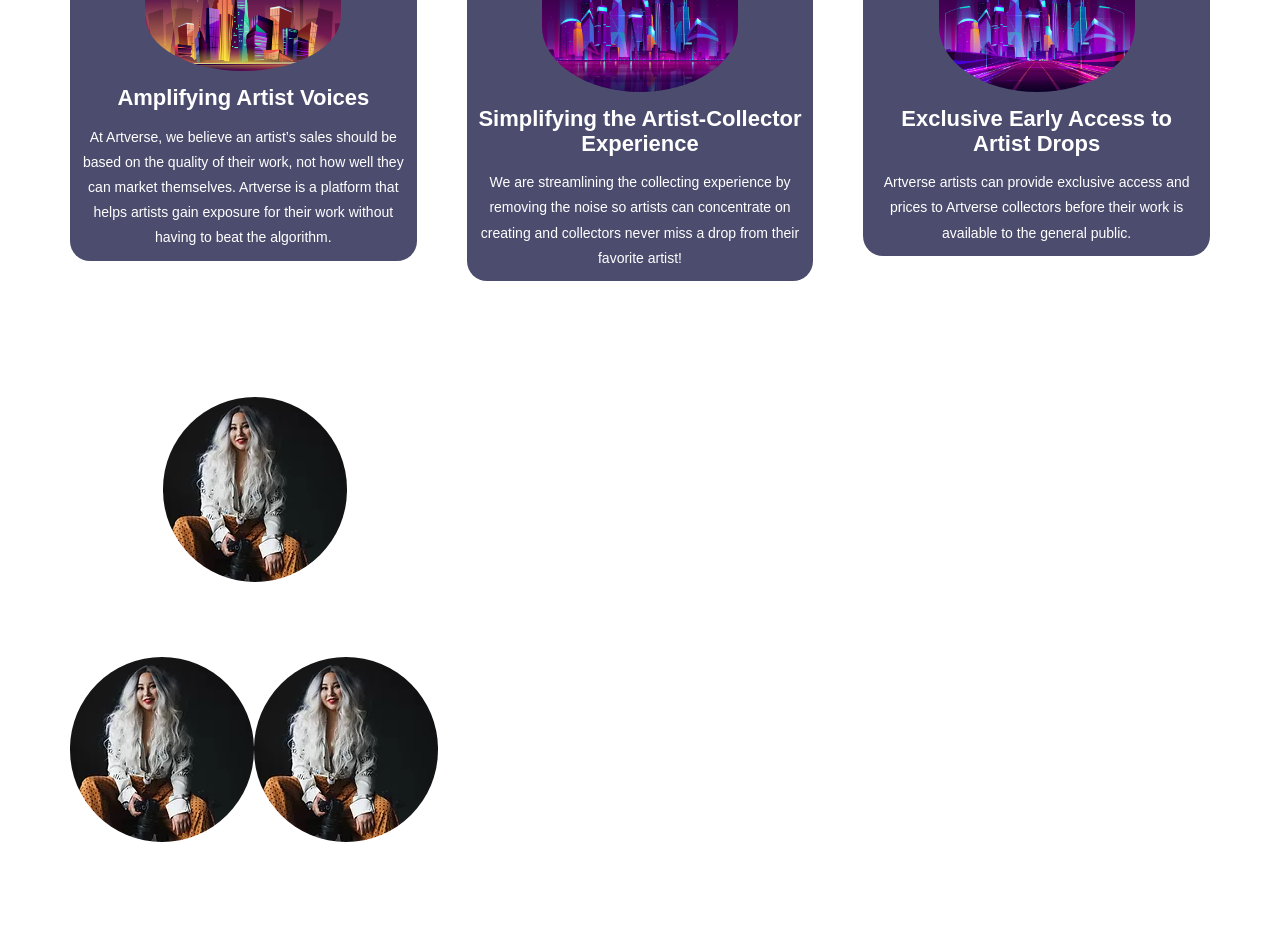
Repository: akinolapo/artverse
Page: /
An editor plug-in stored every save of this project. The page is shown before and after the next save, followed by the edit.
The browser window is 1280 px wide. The pictures show the part of the page from y = 1033 to 1985 px (the page is 1985 px tall).
The project was rebuilt for these pictures with package versions that can differ from the ones it lists, and the page was loaded fresh each time.

Above is the page before, as saved 2022-07-25 14:36:36.

### src/index.css
@tailwind base;
@tailwind components;
@tailwind utilities;

@import url('https://fonts.googleapis.com/css2?family=Poppins:wght@400;600&display=swap');


:root {
  --swiper-theme-color: #000;
}

html{
  scroll-behavior: smooth;
}

*{
  margin: 0;
  padding: 0;
  color: #fff;
  font-family: 'Poppins', sans-serif;
  line-height: 1.8rem;
  font-size: 14px;
  font-weight: 400;
}

#background-video{
  width: 100%;
  height: 100%;
  object-fit: cover;
  position: fixed;
  z-index: -1;
}

.btn{
  border: 1px solid #fff;
  border-radius: 10px;
  padding: 4px 15px;
}

.btn-search{
  border: 1px solid #fff;
  border-radius: 0 10px 10px 0px;
}

.search-box{
  border: 1px solid #fff;
  border-radius: 10px 0 0 10px;
}
.search-box:focus{
  border: 1px solid #fff;
}

.header-section{
  background: url(../public/assets/header.jpg);
  object-fit: cover;
  background-repeat: no-repeat;
  background-size: 100% 100%;
  height: 100vh;
  width: 100%;
}

h1,
h2,
h3,
h4{
  font-weight: 600;
  font-size: 22px;
}

.carouselImg{
  width: 60%;
  margin: auto;
  border-radius: 20% 20% 100% 100%;
}

.slide-bg{
  background: rgba(0, 0, 50, .7);
  padding: 10px;
  border-radius: 20px;
}

.slide-num{
  margin-left: -90%;
  font-size: 18px;
  color: #ddd;
}

@media (max-width: 375px) {
  .btn-search{
    border-radius: 10px;
  }

  .search-box{
    border-radius: 10px;
    margin-bottom: 10px;
  }

}

.social-icon{
  font-size: 25px;
}

### src/App.js
import About from './components/About/About';
import Header from './components/Header/Header';
import Team from './components/Team/Team';

function App() {
  return (
    <div className='w-full h-screen'>
      <video loop autoPlay muted id="background-video">
        <source src={process.env.PUBLIC_URL+`assets/artverse moving background.mp4`} type="video/mp4"/>
      </video>
      <Header />
      <About/>
      <Team/>
    </div>
  );
}

export default App;

### src/components/About/About.jsx
import React from 'react'
import Carousel from './Carousel/Carousel'

const About = () => {
    return (
        <div id='artverse' className='py-10 px-20'>
            <h2 className=' text-center text-3xl font-bold'>What is Artverse?</h2>
            <div className='pb-10'>
                <h3 className='text-2xl font-semibold py-5'>A Community of Art Lovers</h3>
                <p className='text-xl'>Art is incredibly powerful; it can make us dance, cry, and everything in between! We wish to cultivate a community of people who believe in the value of art, rather than continually ask ‘‘what is the utility? Instead of feeling like you are starting from ground zero on Twitter and NFTS, you are instantly connected to hundreds of like-minded people all around the world and get answers to your questions.
                </p>
            </div>
            <Carousel />
        </div>
    )
}

export default About

### src/components/Header/Header.jsx
import React from 'react'
import Logo from './Logo'
import SiteName from './SiteName'

const Header = () => {
  return (
    <div className='header-section px-8 pt-4'>
        <Logo/>
        <SiteName/>
    </div>
  )
}

export default Header

### src/components/Team/Team.jsx
import React from 'react'
import {AiOutlineTwitter, AiOutlineInstagram} from 'react-icons/ai'

const Team = () => {
    return (
        <div id='team' className='py-10 px-20'>
            <h2 className=' text-center text-3xl font-bold mb-4'>The Team</h2>
            <div className='grid grid-cols-1 gap-4 items-center md:grid-cols-3'>
                <div>
                    <div className='text-center'>
                        <img className='rounded-full m-auto' src={process.env.PUBLIC_URL+`assets/founder.webp`} alt='Founder'></img>
                        <h5>Rachel Wood</h5>
                        <h6>Founder</h6>
                        <div className='flex justify-center'>
                            <a href='https://twitter.com/0xWanderbitch' className='mr-2' target='_blank' rel="noreferrer"><AiOutlineTwitter className='social-icon'/></a>
                            <a href='https://www.instagram.com/thetravelingelf/' target='_blank' rel="noreferrer"><AiOutlineInstagram className='social-icon'/></a>
                        </div>
                    </div>
                </div>
                <div className='md:col-span-2'>
                    <h4 className='mb-4'>From the Founder</h4>
                    <p>
                        The past few months have been a whirlwind. After collecting many NFTs from 1/1 artists and releasing my own work, I noticed a glaring struggle for artists and collectors to connect amid the noise.
                        As a collector, I love finding artist to support, but I spend too much time trying to find artist's work rather than connecting with them. By the time I find art I like, it has usually already been sold.
                        On the other hand, as an artist, I feel drowned out by the noise and constant pressure to ‘shill’ myself. Burnout feels inevitable for artists after having to take on a second, full-time marketing job to beat the algorithms of social media.
                        Artverse connects artists and collectors in the metaverse. Artverse is my solution.
                    </p>
                </div>
            </div>
            <div className='flex ju'>
            <div className='text-center'>
                        <img className='rounded-full m-auto' src={process.env.PUBLIC_URL+`assets/founder.webp`} alt='Founder'></img>
                        <h5>Rachel Wood</h5>
                        <h6>Founder</h6>
                        <div className='flex justify-center'>
                            <a href='https://twitter.com/0xWanderbitch' className='mr-2' target='_blank' rel="noreferrer"><AiOutlineTwitter className='social-icon'/></a>
                            <a href='https://www.instagram.com/thetravelingelf/' target='_blank' rel="noreferrer"><AiOutlineInstagram className='social-icon'/></a>
                        </div>
                    </div>
                    <div className='text-center'>
                        <img className='rounded-full m-auto' src={process.env.PUBLIC_URL+`assets/founder.webp`} alt='Founder'></img>
                        <h5>Rachel Wood</h5>
                        <h6>Founder</h6>
                        <div className='flex justify-center'>
                            <a href='https://twitter.com/0xWanderbitch' className='mr-2' target='_blank' rel="noreferrer"><AiOutlineTwitter className='social-icon'/></a>
                            <a href='https://www.instagram.com/thetravelingelf/' target='_blank' rel="noreferrer"><AiOutlineInstagram className='social-icon'/></a>
                        </div>
                    </div>
            </div>
        </div>
    )
}

export default Team

### src/components/About/Carousel/Carousel.jsx
import React from "react";
// Import Swiper React components
import { Swiper, SwiperSlide } from "swiper/react";

// Import Swiper styles
import "swiper/css";
import "swiper/css/pagination";
// import 'swiper/css/navigation';

// import "./styles.css";

// import required modules
import { Pagination,} from "swiper";

const Carousel = () => {
  return (
    <div>
         <Swiper
        slidesPerView={1}
        spaceBetween={10}
        pagination={{
          clickable: true,
        }}
        breakpoints={{
          640: {
            slidesPerView: 2,
            spaceBetween: 20,
          },
          768: {
            slidesPerView: 3,
            spaceBetween: 40,
          },
          1024: {
            slidesPerView: 3,
            spaceBetween: 50,
          },
        }}
        modules={[Pagination]}
        className="mySwiper"
      >
        <SwiperSlide className="text-center slide-bg">
          <span className="slide-num">01</span>
          <img className="carouselImg" src={process.env.PUBLIC_URL+`assets/294.jpg`} alt=''></img>
          <h4 className="py-4">Amplifying Artist Voices</h4>
          <p>At Artverse, we believe an artist’s sales should be based on the quality of their work, not how well they can market themselves. Artverse is a platform that helps artists gain exposure for their work without having to beat the algorithm.</p>
        </SwiperSlide>
        <SwiperSlide className="text-center slide-bg">
        <span className="slide-num">02</span>
        <img className="carouselImg" src={process.env.PUBLIC_URL+`assets/1401.jpg`} alt=''></img>
        <h4 className="py-4">Simplifying the Artist-Collector Experience</h4>
          <p>​We are streamlining the collecting experience by removing the noise so artists can concentrate on creating and collectors never miss a drop from their favorite artist!</p>
        </SwiperSlide>
        <SwiperSlide className="text-center slide-bg">
        <span className="slide-num">03</span>
        <img className="carouselImg" src={process.env.PUBLIC_URL+`assets/1403.jpg`} alt=''></img>
        <h4 className="py-4">Exclusive Early Access to Artist Drops</h4>
          <p>Artverse artists can provide exclusive access and prices to Artverse collectors before their work is available to the general public.</p>
        </SwiperSlide>
      </Swiper>
    </div>
  )
}

export default Carousel

### src/components/Header/Logo.jsx
import React from 'react'
import './Logo.css'
import { useState } from 'react'

const Logo = () => {
    const [isNavExpanded, setIsNavExpanded] = useState(false)
    return (
        <nav className="navigation px-2 md:px-20 text-white font-semibold">
            <a href='/'>
                <div className=''>
                <img src={process.env.PUBLIC_URL+`assets/logo.png`} alt='logo' width='120px' height='auto'></img>
                </div>
            </a>
            <button className="hamburger" onClick={() => {
                setIsNavExpanded(!isNavExpanded);
            }}>
                {/* icon from heroicons.com */}
                <svg
                    xmlns="http://www.w3.org/2000/svg"
                    className="h-5 w-5"
                    viewBox="0 0 20 20"
                    fill="white"
                >
                    <path
                        fillRule="evenodd"
                        d="M3 5a1 1 0 011-1h12a1 1 0 110 2H4a1 1 0 01-1-1zM3 10a1 1 0 011-1h12a1 1 0 110 2H4a1 1 0 01-1-1zM9 15a1 1 0 011-1h6a1 1 0 110 2h-6a1 1 0 01-1-1z"
                        clipRule="evenodd"
                    />
                </svg>
            </button>
            <div
                className={
                    isNavExpanded ? "navigation-menu expanded" : "navigation-menu"
                }>
                <ul>
                    <li><a href='#artverse'>Artverse</a></li>
                    <li><a href='#team'>The Team</a></li>
                    <li><a href='#ladies'>Lens Lasies</a></li>
                    <li><a href='#artists'>Artists</a></li>
                    <li><a href='#faqs'>FAQs</a></li>
                    <li><a href="/">Login</a></li>
                    <li><a className='btn' href="/">Sign Up</a></li>
                </ul>
            </div>
        </nav>
    )
}

export default Logo

### src/components/Header/SiteName.jsx
import React from 'react'
import Searchbox from './Searchbox'

const SiteName = () => {
  return (
    <div className='text-center mt-16'>
        <div className='pb-8'>
        <img className='m-auto' src={process.env.PUBLIC_URL+`assets/artverse.webp`} alt='artverse'></img>
        <h3 className='text-2xl'>Connecting artists and collectors in the metaverse</h3>
        <img className='m-auto' src={process.env.PUBLIC_URL+`assets/artverse2.webp`} alt='artverse2'></img>
        </div>
        <Searchbox/>
    </div>
  )
}

export default SiteName

### src/components/Header/Logo.css
.navigation {
    height: 60px;
    width: 100%;
    display: flex;
    align-items: center;
    position: relative;
    padding: 0.5rem 0rem;
    /* background-color: #fff; */
    color: #fff;
    /* box-shadow: 0 2px 2px 2px rgba(9, 9, 9, 0.23); */
  }

  .brand-name {
    text-decoration: none;
    color: #fff;
    font-size: 1.3rem;
    margin-left: 1rem;
  }
  .navigation-menu {
    margin-left: auto;
  }

  .navigation-menu ul {
    display: flex;
    padding: 0;
  }

  .navigation-menu li {
    /* // removes default disc bullet for li tags and applies margin to left & right side */
    list-style-type: none;
    margin: 0 1rem;
  }

  .navigation-menu li a {
    /* // increases the surface area of the anchor tag to span more than just the anchor text */
    text-decoration: none;
    display: block;
    width: 100%;
  }

  .hamburger {
    /* // removes default border on button element */
    border: 0;
    height: 40px;
    width: 40px;
    padding: 0.5rem;
    border-radius: 50%;
    background-color: #31b496;
    cursor: pointer;
    transition: background-color 0.2s ease-in-out;
  /* // positions the icon to the right and center aligns it vertically */
    position: absolute;
    top: 50%;
    right: 25px;
    transform: translateY(-50%);
    display: none;
  }
  .hamburger:hover {
    background-color: #31b496;
  }

  @media screen and (max-width: 768px) {
    .hamburger {
      display: block;
    }
  }

  @media screen and (max-width: 768px) {
    .navigation-menu ul {
      display: none;
    }
    .navigation-menu.expanded {
      z-index: 99;
  }
  }

  @media screen and (max-width: 768px) {
    .navigation-menu ul {
      /* // navigation menu is positioned to start 60px from the top of the document (which is directly below the navbar) */
      position: absolute;
      top: 60px;
      right: 0;
      display: block;
      /* // stacks the li tags vertically  */
      flex-direction: column;
     /* // makes menu span full height and width */
      width: 50%;
      /* float: right; */
      height: 100vh;
      background-color: rgb(15, 54, 56);
      /* border-top: 1px solid #31b496; */
      ;
    }
    .navigation-menu li {
      /* // centers link text and strips off margin */
      text-align: center;
      margin: 0;
    }
    .navigation-menu li a {
      color: #fff;
      /* // increases the surface area of the anchor tag to span the full width of the menu */
      width: 100%;
      padding: 1.5rem 0;
    }
    .navigation-menu li:hover {
      background-color: #fff;
    }
  }

  @media screen and (max-width: 768px) {
    .navigation-menu ul {
      /* previous styles */
      display: none;
    }
  }

  @media screen and (max-width: 768px) {
    .navigation-menu.expanded ul {
      display: block;
    }
  }

### src/components/Header/Searchbox.jsx
import React from 'react'

const Searchbox = () => {
  return (
    <div className=''>
        <input className='py-2 px-4 search-box text-black text-lg' type='search'></input>
        <input className='py-2 px-4 btn-search text-lg cursor-pointer' type='submit' value='Find Art'></input>
    </div>
  )
}

export default Searchbox

Loaded but not shown: public/index.html (common file); src/index.js (common file); tailwind.config.js (common file)

After the next save:
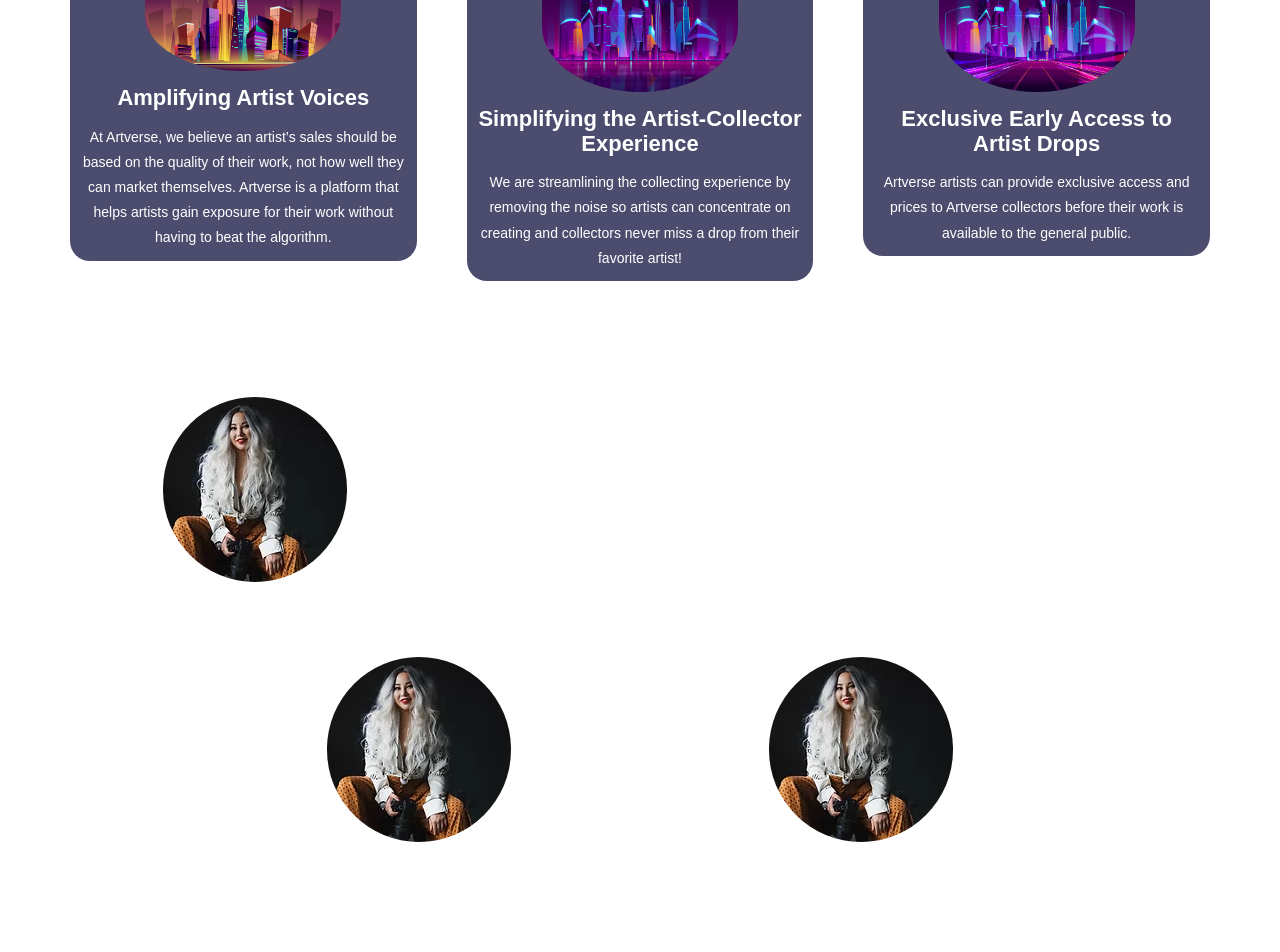
Saved 11 s later.
--- a/src/components/Team/Team.jsx
+++ b/src/components/Team/Team.jsx
@@ -27,7 +27,7 @@
                     </p>
                 </div>
             </div>
-            <div className='flex ju'>
+            <div className='flex justify-evenly'>
             <div className='text-center'>
                         <img className='rounded-full m-auto' src={process.env.PUBLIC_URL+`assets/founder.webp`} alt='Founder'></img>
                         <h5>Rachel Wood</h5>
